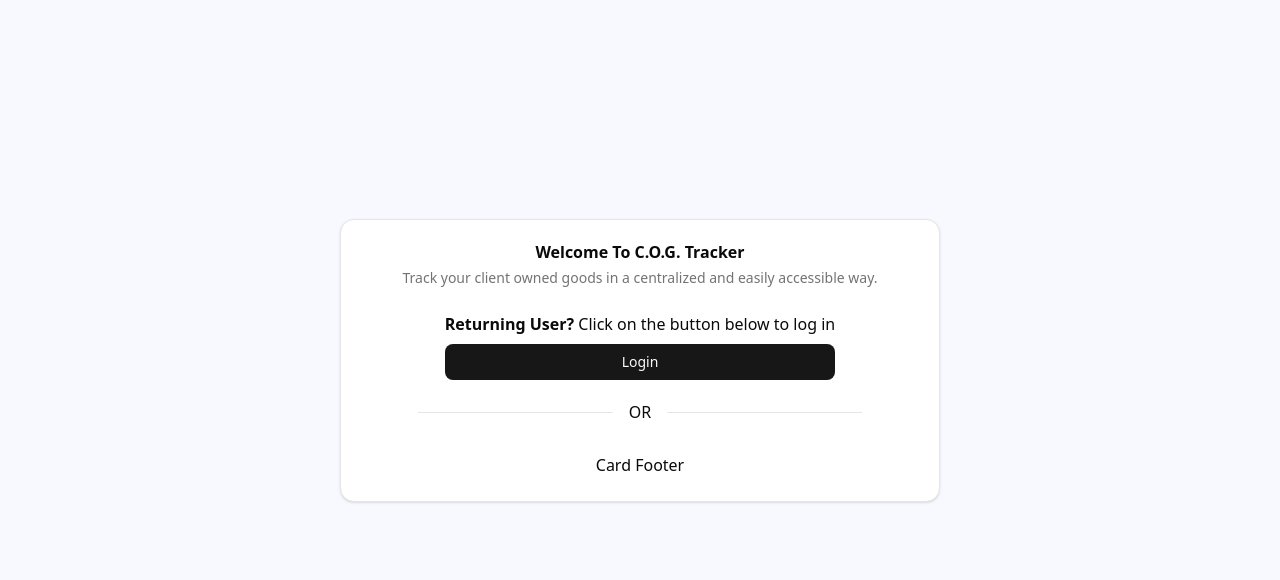
Repository: Renzo-Salosagcol/cog_tracker
Page: /
The author's editor kept a copy of each file at every save. The page is drawn from the files as they stood at one save, then again after the next save.
The browser window is 1280 px wide. The pictures show the whole page.
The project was rebuilt for these pictures with package versions that can differ from the ones it lists, and the page was loaded fresh each time. The framework's server and built-in components were replaced by stand-ins that run in the browser. Also part of the build but not shown: next.config.ts.

Above is the page before, as saved 2025-12-17 23:27:11.

### app/layout.tsx
import type { Metadata } from "next";
import { Geist, Geist_Mono } from "next/font/google";
import "./globals.css";

const geistSans = Geist({
  variable: "--font-geist-sans",
  subsets: ["latin"],
});

const geistMono = Geist_Mono({
  variable: "--font-geist-mono",
  subsets: ["latin"],
});

export const metadata: Metadata = {
  title: "COG Tracker",
  description: "COG tracker created to track client owned goods in a centralized and easily accessible way",
};

export default function RootLayout({
  children,
}: Readonly<{
  children: React.ReactNode;
}>) {
  return (
    <html lang="en">
      <body
        className={`${geistSans.variable} ${geistMono.variable} antialiased`}
      >
        {children}
      </body>
    </html>
  );
}

### app/page.tsx
import {
  Card,
  CardAction,
  CardContent,
  CardDescription,
  CardFooter,
  CardHeader,
  CardTitle,
} from "@/components/ui/card"
import { Separator } from "@/components/ui/separator"
import { Button } from "@/components/ui/button"

export default function Home() {
  return (
    <div className="root-page-element bg-background">
      <Card className="*
        glassmorphism flex flex-cols-1 min-w-150 items-center justify-center">
        <CardHeader className="w-full items-center justify-center text-center">
          <CardTitle>
            Welcome To C.O.G. Tracker
          </CardTitle>
          <CardDescription>
            Track your client owned goods in a centralized and easily accessible way.
          </CardDescription>
        </CardHeader>
        <CardContent className="flex flex-col items-center justify-center gap-4">
          <div className="w-full flex flex-col items-center justify-center gap-2">
            <p>
              <span className="font-semibold">Returning User? </span>
              Click on the button below to log in
            </p>
          <Button className="
            w-full">
            Login
          </Button>
          </div>
          <div className="w-1/2 flex flex-row items-center justify-center">
            <Separator className="m-4" />
            OR
            <Separator className="m-4" />
          </div>
        </CardContent>
        <CardFooter>
          <p>Card Footer</p>
        </CardFooter>
      </Card>
    </div>
  );
}

### app/globals.css
@import "tailwindcss";
@import "tw-animate-css";

@custom-variant dark (&:is(.dark *));

@theme inline {
  --radius-sm: calc(var(--radius) - 4px);
  --radius-md: calc(var(--radius) - 2px);
  --radius-lg: var(--radius);
  --radius-xl: calc(var(--radius) + 4px);
  --radius-2xl: calc(var(--radius) + 8px);
  --radius-3xl: calc(var(--radius) + 12px);
  --radius-4xl: calc(var(--radius) + 16px);
  --color-background: var(--background);
  --color-foreground: var(--foreground);
  --color-card: var(--card);
  --color-card-foreground: var(--card-foreground);
  --color-popover: var(--popover);
  --color-popover-foreground: var(--popover-foreground);
  --color-primary: var(--primary);
  --color-primary-foreground: var(--primary-foreground);
  --color-secondary: var(--secondary);
  --color-secondary-foreground: var(--secondary-foreground);
  --color-muted: var(--muted);
  --color-muted-foreground: var(--muted-foreground);
  --color-accent: var(--accent);
  --color-accent-foreground: var(--accent-foreground);
  --color-destructive: var(--destructive);
  --color-border: var(--border);
  --color-input: var(--input);
  --color-ring: var(--ring);
  --color-chart-1: var(--chart-1);
  --color-chart-2: var(--chart-2);
  --color-chart-3: var(--chart-3);
  --color-chart-4: var(--chart-4);
  --color-chart-5: var(--chart-5);
  --color-sidebar: var(--sidebar);
  --color-sidebar-foreground: var(--sidebar-foreground);
  --color-sidebar-primary: var(--sidebar-primary);
  --color-sidebar-primary-foreground: var(--sidebar-primary-foreground);
  --color-sidebar-accent: var(--sidebar-accent);
  --color-sidebar-accent-foreground: var(--sidebar-accent-foreground);
  --color-sidebar-border: var(--sidebar-border);
  --color-sidebar-ring: var(--sidebar-ring);
}

:root {
  --radius: 0.625rem;
  --background: #f8f8ff; /* Ghost White */
  --foreground: #080808; /* Vampire Black */
  --card: oklch(1 0 0);
  --card-foreground: oklch(0.145 0 0);
  --popover: oklch(1 0 0);
  --popover-foreground: oklch(0.145 0 0);
  --primary: oklch(0.205 0 0);
  --primary-foreground: oklch(0.985 0 0);
  --secondary: oklch(0.97 0 0);
  --secondary-foreground: oklch(0.205 0 0);
  --muted: oklch(0.97 0 0);
  --muted-foreground: oklch(0.556 0 0);
  --accent: oklch(0.97 0 0);
  --accent-foreground: oklch(0.205 0 0);
  --destructive: oklch(0.577 0.245 27.325);
  --border: oklch(0.922 0 0);
  --input: oklch(0.922 0 0);
  --ring: oklch(0.708 0 0);
  --chart-1: oklch(0.646 0.222 41.116);
  --chart-2: oklch(0.6 0.118 184.704);
  --chart-3: oklch(0.398 0.07 227.392);
  --chart-4: oklch(0.828 0.189 84.429);
  --chart-5: oklch(0.769 0.188 70.08);
  --sidebar: oklch(0.985 0 0);
  --sidebar-foreground: oklch(0.145 0 0);
  --sidebar-primary: oklch(0.205 0 0);
  --sidebar-primary-foreground: oklch(0.985 0 0);
  --sidebar-accent: oklch(0.97 0 0);
  --sidebar-accent-foreground: oklch(0.205 0 0);
  --sidebar-border: oklch(0.922 0 0);
  --sidebar-ring: oklch(0.708 0 0);
}

.dark {
  --background: #080808; /* Vampire Black */
  --foreground: #f8f8ff; /* Ghost White */
  --card: oklch(0.205 0 0);
  --card-foreground: oklch(0.985 0 0);
  --popover: oklch(0.205 0 0);
  --popover-foreground: oklch(0.985 0 0);
  --primary: oklch(0.922 0 0);
  --primary-foreground: oklch(0.205 0 0);
  --secondary: oklch(0.269 0 0);
  --secondary-foreground: oklch(0.985 0 0);
  --muted: oklch(0.269 0 0);
  --muted-foreground: oklch(0.708 0 0);
  --accent: oklch(0.269 0 0);
  --accent-foreground: oklch(0.985 0 0);
  --destructive: oklch(0.704 0.191 22.216);
  --border: oklch(1 0 0 / 10%);
  --input: oklch(1 0 0 / 15%);
  --ring: oklch(0.556 0 0);
  --chart-1: oklch(0.488 0.243 264.376);
  --chart-2: oklch(0.696 0.17 162.48);
  --chart-3: oklch(0.769 0.188 70.08);
  --chart-4: oklch(0.627 0.265 303.9);
  --chart-5: oklch(0.645 0.246 16.439);
  --sidebar: oklch(0.205 0 0);
  --sidebar-foreground: oklch(0.985 0 0);
  --sidebar-primary: oklch(0.488 0.243 264.376);
  --sidebar-primary-foreground: oklch(0.985 0 0);
  --sidebar-accent: oklch(0.269 0 0);
  --sidebar-accent-foreground: oklch(0.985 0 0);
  --sidebar-border: oklch(1 0 0 / 10%);
  --sidebar-ring: oklch(0.556 0 0);
}

@layer base {
  * {
    @apply border-border outline-ring/50;
  }
  body {
    @apply bg-background text-foreground;
  }
}

@utility root-page-element {
  @apply min-h-screen flex flex-col items-center justify-center;
}

@utility glassmorphism {
  @apply bg-background/70 backdrop-blur-lg
}

### components/ui/card.tsx
import * as React from "react"

import { cn } from "@/lib/utils"

function Card({ className, ...props }: React.ComponentProps<"div">) {
  return (
    <div
      data-slot="card"
      className={cn(
        "bg-card text-card-foreground flex flex-col gap-6 rounded-xl border py-6 shadow-sm",
        className
      )}
      {...props}
    />
  )
}

function CardHeader({ className, ...props }: React.ComponentProps<"div">) {
  return (
    <div
      data-slot="card-header"
      className={cn(
        "@container/card-header grid auto-rows-min grid-rows-[auto_auto] items-start gap-2 px-6 has-data-[slot=card-action]:grid-cols-[1fr_auto] [.border-b]:pb-6",
        className
      )}
      {...props}
    />
  )
}

function CardTitle({ className, ...props }: React.ComponentProps<"div">) {
  return (
    <div
      data-slot="card-title"
      className={cn("leading-none font-semibold", className)}
      {...props}
    />
  )
}

function CardDescription({ className, ...props }: React.ComponentProps<"div">) {
  return (
    <div
      data-slot="card-description"
      className={cn("text-muted-foreground text-sm", className)}
      {...props}
    />
  )
}

function CardAction({ className, ...props }: React.ComponentProps<"div">) {
  return (
    <div
      data-slot="card-action"
      className={cn(
        "col-start-2 row-span-2 row-start-1 self-start justify-self-end",
        className
      )}
      {...props}
    />
  )
}

function CardContent({ className, ...props }: React.ComponentProps<"div">) {
  return (
    <div
      data-slot="card-content"
      className={cn("px-6", className)}
      {...props}
    />
  )
}

function CardFooter({ className, ...props }: React.ComponentProps<"div">) {
  return (
    <div
      data-slot="card-footer"
      className={cn("flex items-center px-6 [.border-t]:pt-6", className)}
      {...props}
    />
  )
}

export {
  Card,
  CardHeader,
  CardFooter,
  CardTitle,
  CardAction,
  CardDescription,
  CardContent,
}

### components/ui/button.tsx
import * as React from "react"
import { Slot } from "@radix-ui/react-slot"
import { cva, type VariantProps } from "class-variance-authority"

import { cn } from "@/lib/utils"

const buttonVariants = cva(
  "inline-flex items-center justify-center gap-2 whitespace-nowrap rounded-md text-sm font-medium transition-all disabled:pointer-events-none disabled:opacity-50 [&_svg]:pointer-events-none [&_svg:not([class*='size-'])]:size-4 shrink-0 [&_svg]:shrink-0 outline-none focus-visible:border-ring focus-visible:ring-ring/50 focus-visible:ring-[3px] aria-invalid:ring-destructive/20 dark:aria-invalid:ring-destructive/40 aria-invalid:border-destructive hover:cursor-pointer",
  {
    variants: {
      variant: {
        default: "bg-primary text-primary-foreground hover:bg-primary/90",
        destructive:
          "bg-destructive text-white hover:bg-destructive/90 focus-visible:ring-destructive/20 dark:focus-visible:ring-destructive/40 dark:bg-destructive/60",
        outline:
          "border bg-background shadow-xs hover:bg-accent hover:text-accent-foreground dark:bg-input/30 dark:border-input dark:hover:bg-input/50",
        secondary:
          "bg-secondary text-secondary-foreground hover:bg-secondary/80",
        ghost:
          "hover:bg-accent hover:text-accent-foreground dark:hover:bg-accent/50",
        link: "text-primary underline-offset-4 hover:underline",
      },
      size: {
        default: "h-9 px-4 py-2 has-[>svg]:px-3",
        sm: "h-8 rounded-md gap-1.5 px-3 has-[>svg]:px-2.5",
        lg: "h-10 rounded-md px-6 has-[>svg]:px-4",
        icon: "size-9",
        "icon-sm": "size-8",
        "icon-lg": "size-10",
      },
    },
    defaultVariants: {
      variant: "default",
      size: "default",
    },
  }
)

function Button({
  className,
  variant = "default",
  size = "default",
  asChild = false,
  ...props
}: React.ComponentProps<"button"> &
  VariantProps<typeof buttonVariants> & {
    asChild?: boolean
  }) {
  const Comp = asChild ? Slot : "button"

  return (
    <Comp
      data-slot="button"
      data-variant={variant}
      data-size={size}
      className={cn(buttonVariants({ variant, size, className }))}
      {...props}
    />
  )
}

export { Button, buttonVariants }

Loaded but not shown: components/ui/separator.tsx (common file); lib/utils.ts (common file)

After the next save:
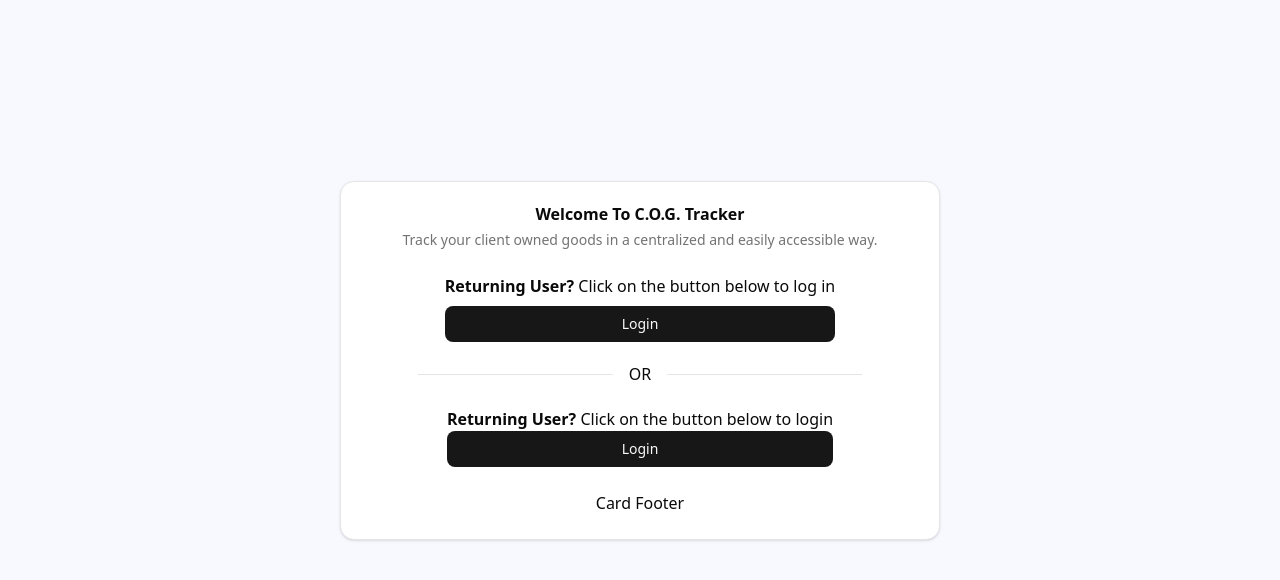
Saved 58 s later.
--- a/app/page.tsx
+++ b/app/page.tsx
@@ -29,15 +29,25 @@ export default function Home() {
               <span className="font-semibold">Returning User? </span>
               Click on the button below to log in
             </p>
-          <Button className="
-            w-full">
-            Login
-          </Button>
+            <Button className="
+              w-full">
+              Login
+            </Button>
           </div>
           <div className="w-1/2 flex flex-row items-center justify-center">
             <Separator className="m-4" />
             OR
             <Separator className="m-4" />
+          </div>
+          <div>
+            <p>
+              <span className="font-semibold">Returning User? </span>
+              Click on the button below to login
+            </p>
+            <Button className="
+              w-full">
+              Login
+            </Button>
           </div>
         </CardContent>
         <CardFooter>
